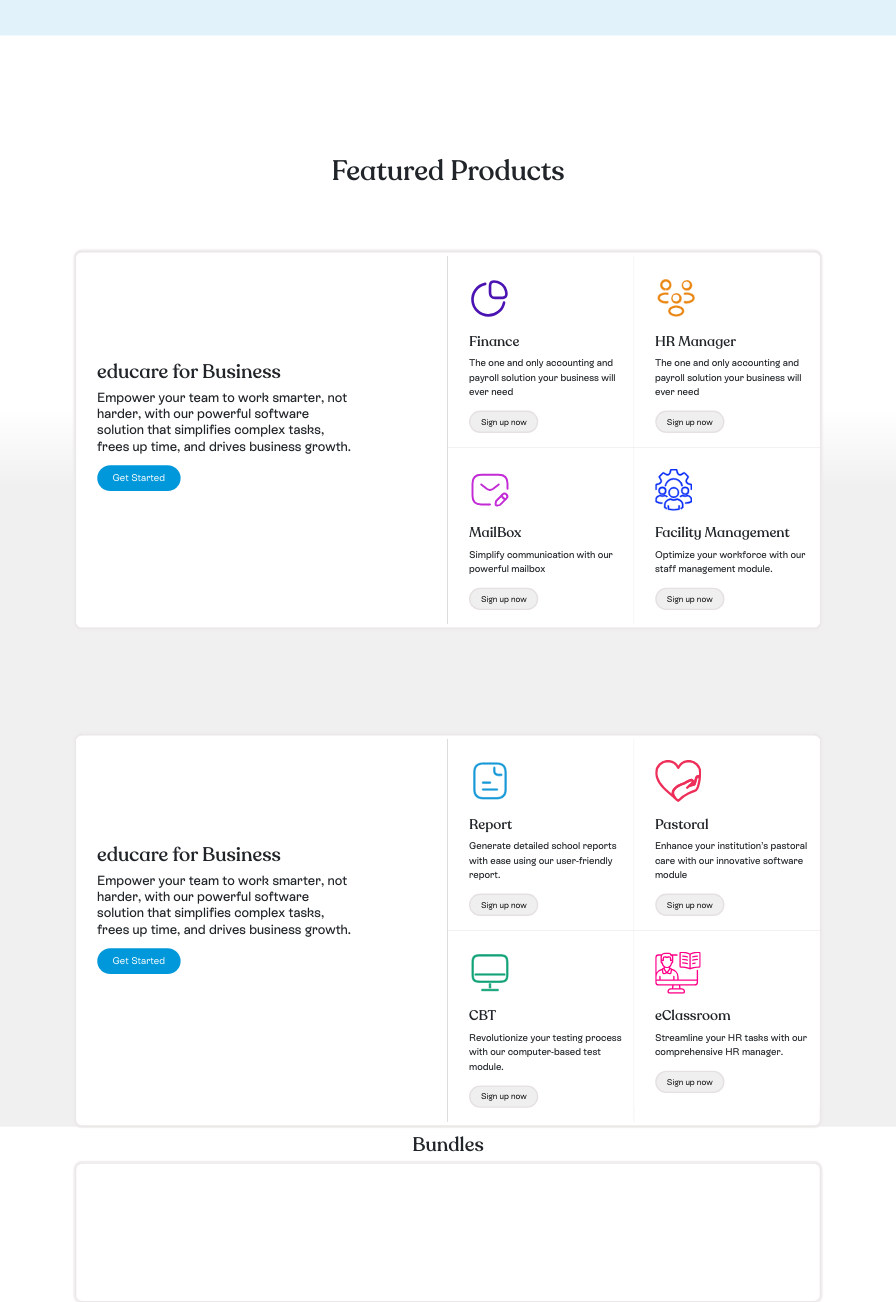
Repository: sarahnnanyelugo/educare-web
Page: /
These files come from the project's save history. The page is drawn as it stood at one moment and after the next save; the edit follows.
The browser window is 1280 px wide. The pictures show the part of the page from y = 842 to 2762 px (the page is 2702 px tall before and 2762 px after), at 70% of full size.
The project was rebuilt for these pictures with package versions that can differ from the ones it lists, and the page was loaded fresh each time.

Above is the page before, as saved 2023-04-05 09:47:56.

After the next save:
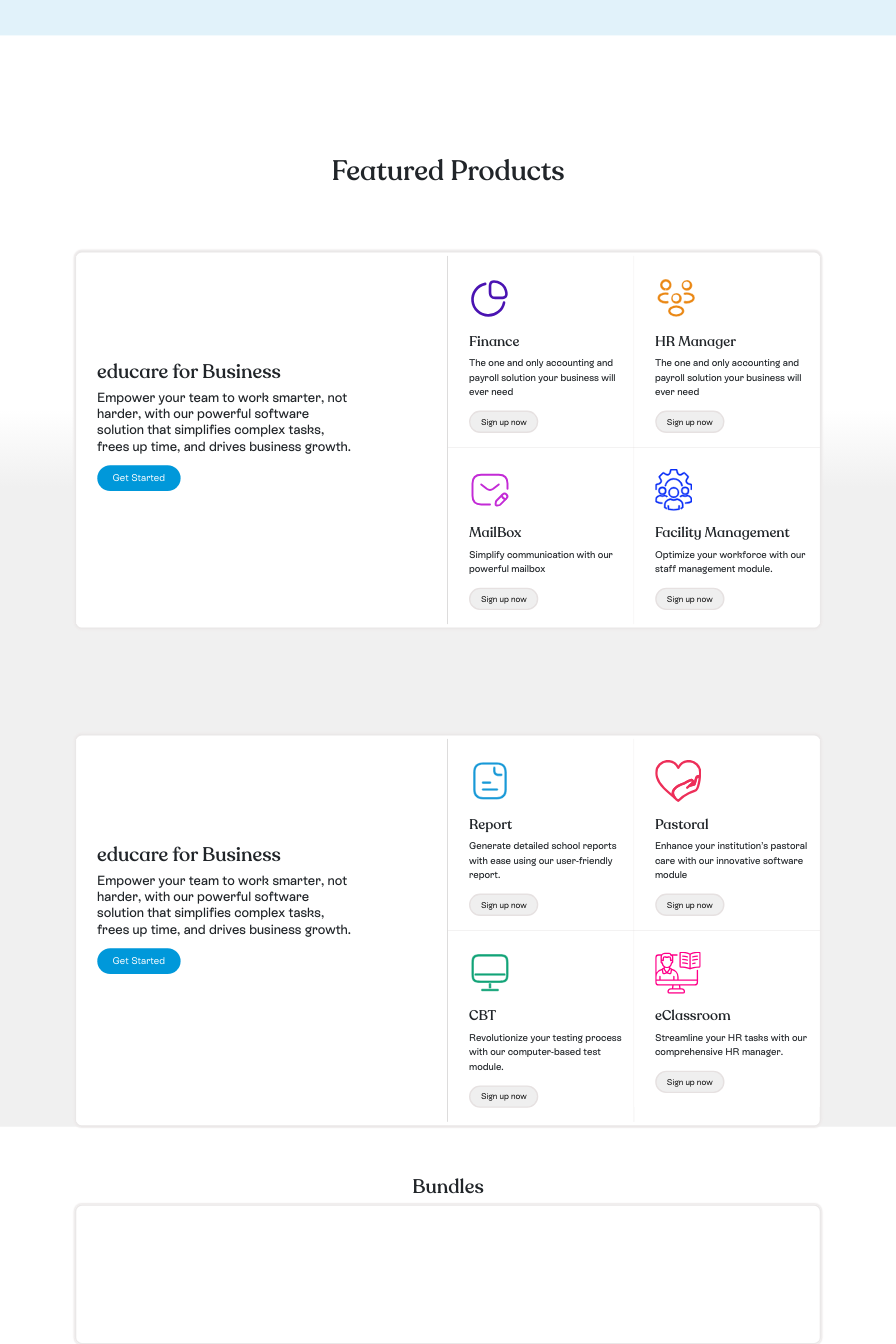
Saved 5 s later.
--- a/src/pages/Home/Home.tsx
+++ b/src/pages/Home/Home.tsx
@@ -171,7 +171,7 @@ export const Home = () => {
           </div>
         </div>
       </div>
-      <center className="mt1">
+      <center className="mt7">
         <h3>Bundles</h3>
       </center>
       <div className="col-md-12 bundles-container flexy">
